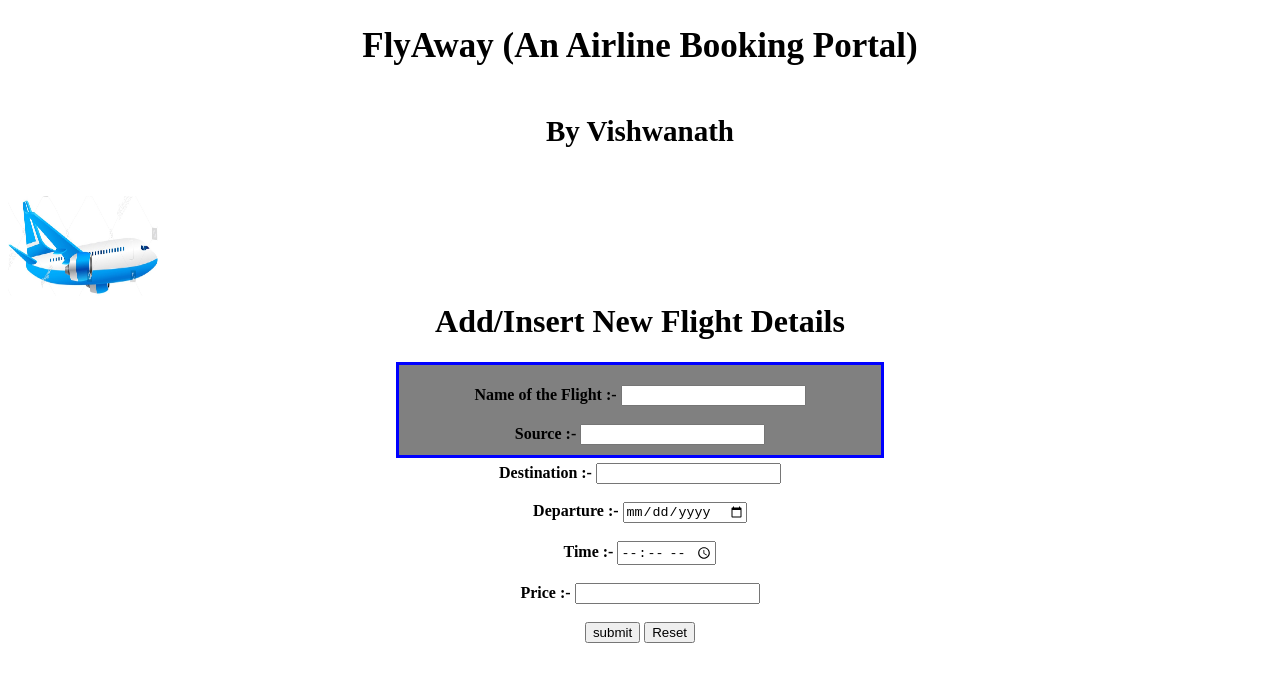
Repository: Vishu4401/FlyAway-An-Airline-Booking-Portal-
Page: http://localhost/FlyAway-An-Airline-Booking-Portal/AdminHome.jsp
These files come from the project's save history. The page is drawn as it stood at one moment and after the next save; the edit follows.
The browser window is 1280 px wide. The pictures show the whole page.
The page is served by Tomcat 9.

Above is the page before, as saved 2022-08-24 04:34:39.

After the next save:
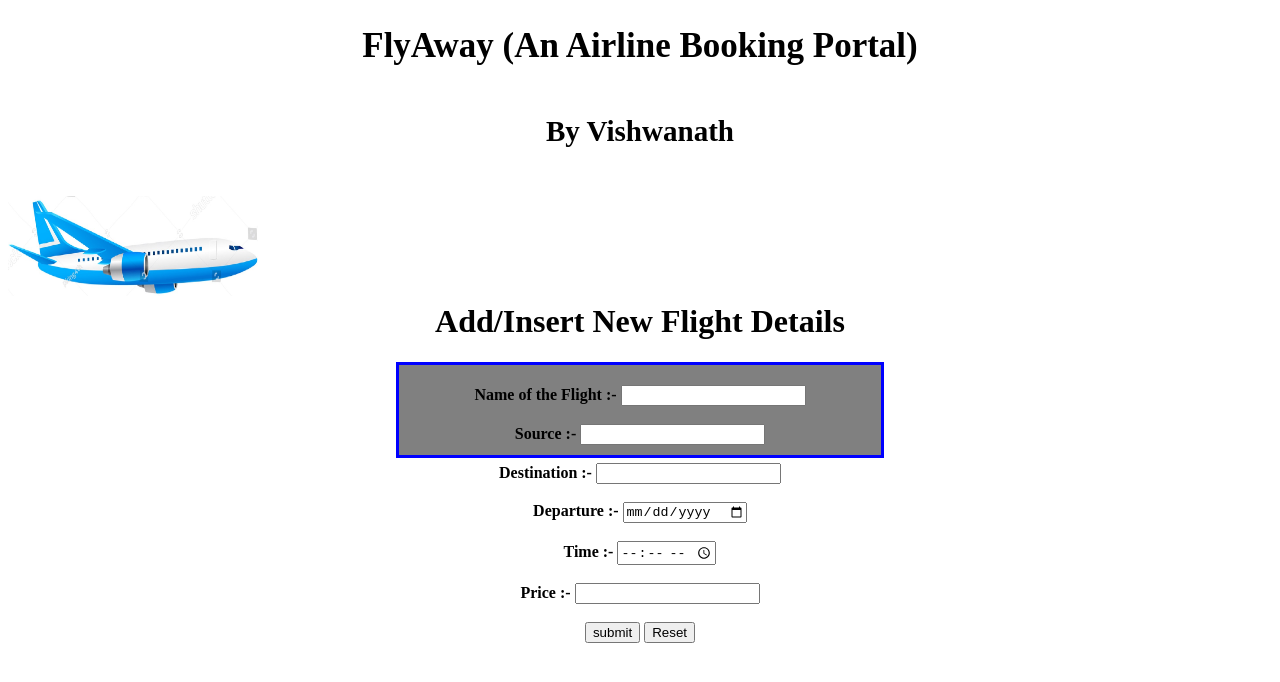
Saved 7 s later.
--- a/FlyAway-An-Airline-Booking-Portal/src/main/webapp/AdminHome.jsp
+++ b/FlyAway-An-Airline-Booking-Portal/src/main/webapp/AdminHome.jsp
@@ -35,7 +35,7 @@ div {
 </center></a>
 
 <div id="div1">
- <img src="flight.jpg" alt="Fly Away" width="150" height="100"> </div>
+ <img src="flight.jpg" alt="Fly Away" width="250" height="100"> </div>
 
 <br><br>
 <center>
